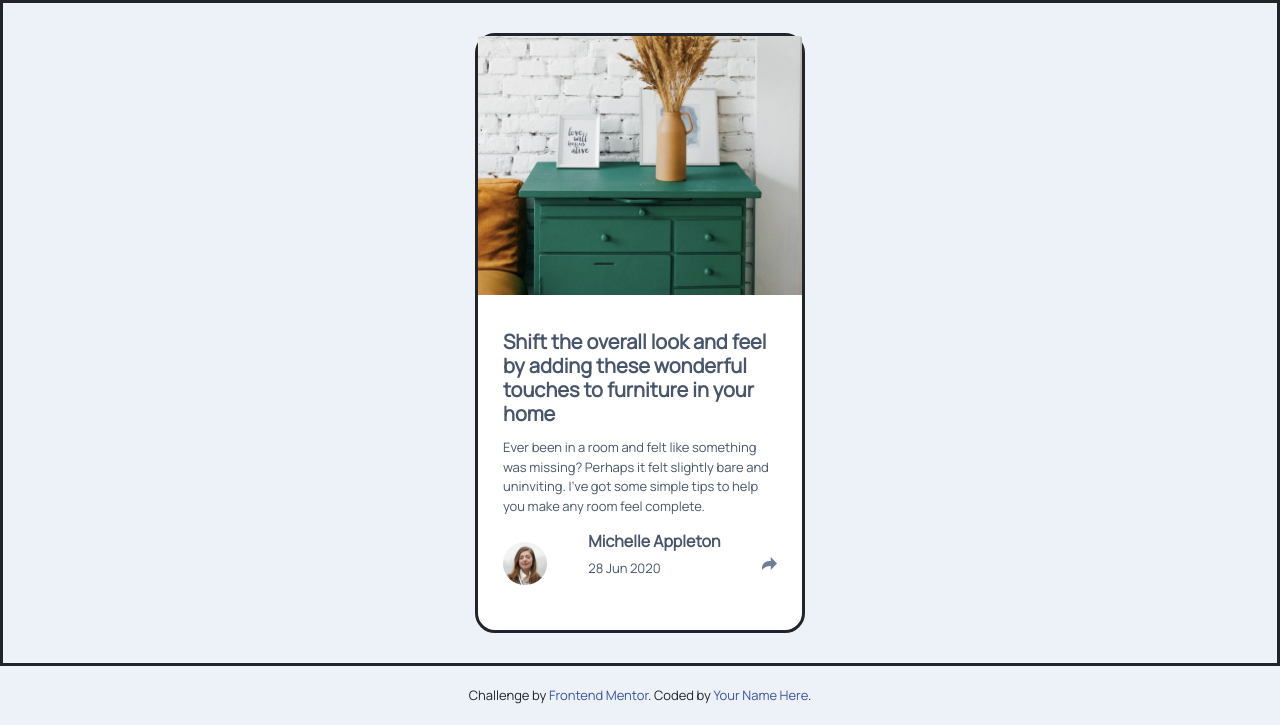
Repository: timiodulate/Article-Preview-Component
Page: index.html
An editor plug-in stored every save of this project. The page is shown before and after a run of saves, followed by the edit.
The browser window is 1280 px wide. The pictures show the whole page.

Above is the page before, as saved 2020-07-11 12:26:38.

### index.html
<!DOCTYPE html>
<html lang="en">
<head>
  <meta charset="UTF-8">
  <meta name="viewport" content="width=device-width, initial-scale=1.0"> <!-- displays site properly based on user's device -->

  <link rel="icon" type="image/png" sizes="32x32" href="./images/favicon-32x32.png">

  <!-- Bootstrap -->
  <link rel="stylesheet" href="./css/bootstrap.min.css">

  <!-- Custom Style -->
  <link rel="stylesheet" href="./css/style.css">

  <title>Frontend Mentor | Article preview component</title>
</head>
<body>

  <div class="container-fluid d-flex flex-column justify-content-center align-items-center main" style="border: solid;">

    <div class="card">

      <img src="./images/drawers.jpg" alt="" class="card-img-top img-fluid" >

      <div class="card-body">
        <h5 class="card-title">
          Shift the overall look and feel by adding these wonderful
          touches to furniture in your home
        </h5>
        <p class="card-text">
          Ever been in a room and felt like something was missing? Perhaps
          it felt slightly bare and uninviting. I’ve got some simple tips
          to help you make any room feel complete.
        </p>

        <div class="userDetails d-flex justify-content-between align-items-center">
          <img src="./images/avatar-michelle.jpg" alt="" class="rounded-circle img-fluid avatarImage">

          <div class="nameDate" style="" >
            <h6>
              Michelle Appleton
            </h6>
            <p>
              28 Jun 2020
            </p>
          </div>

          <img src="./images/icon-share.svg" alt="">
        </div>
      </div>
    </div>
  </div>
  <div class="attribution">
    Challenge by <a href="https://www.frontendmentor.io?ref=challenge" target="_blank">Frontend Mentor</a>.
    Coded by <a href="#">Your Name Here</a>.
  </div>
</body>

  <script src="https://code.jquery.com/jquery-3.5.1.slim.min.js" integrity="sha384-DfXdz2htPH0lsSSs5nCTpuj/zy4C+OGpamoFVy38MVBnE+IbbVYUew+OrCXaRkfj" crossorigin="anonymous"></script>
  <script src="./js/bootstrap.min.js"></script>
</body>
</html>

### css/style.css
@import url('http://fonts.googleapis.com/css?family=Manrope');

/* Global Resets */
* {
    padding: 0;
    margin: 0;
    box-sizing: border-box;
}

html {
    /* font-family */
    --body: Manrope;

    /* font-weight */
    --normal: 500;
    --bold: 700;

    /* color */
    --background: hsl(210, 46%, 95%);
    --header: hsl(217, 19%, 35%);

    --text: hsl(212, 23%, 69%);
    --last-section: hsl(214, 17%, 51%);
}

body {
    width: 100vw;
    height: 100vh;

    display: flex;
    flex-direction: column;
    justify-content: space-between;

    font-family: var(--body);
    font-size: 13px;
    /* background-image: url(../images/bg-intro-desktop.png); */
    background-color: var(--background);
    /* background-blend-mode: screen; */
}

h5, h6 {
    color: var(--header);
    font-weight: var(--bold);
}
p {
    color: var(--header);
}


.main {
    height: 100%;
    padding: 30px;
}
.card {
    border-radius: 20px;
    width: 330px;
    border: solid;
}
.card-body {
    padding: 35px 25px ;
}
.avatarImage {
    width: 16%;
}


/* footer */
footer .footer-container {
    display: grid;
    grid-template-columns: repeat(4, 1fr);
    margin-bottom: 30px;
}
.attribution {
    font-size: 13px;
    text-align: center;
    /* color: var(--text); */
    padding: 20px;
}
.attribution a {
    color: hsl(228, 45%, 44%);
    text-decoration: none;
}



/* Media Queries - Responsiveness */
/* LG - Large Screen */
/* @media only screen and (max-width: 992px) {

} */

/* MD - Medium Screen */
/* @media only screen and (max-width: 765px) {
    body {
        justify-content: initial;
	height: fit-content;
    }

    footer .footer-container {
        grid-template-columns: 1fr;
        margin-bottom: 20px;
        row-gap: 15px;
    }

    .attribution {
        font-size: .6rem;
        padding: 20px 10px;
        color: white;
    }
} */

/* SM - Small Screen */
/* @media only screen and (max-width: 576px){

} */


/* @timiodulate css template */

Loaded but not shown: css/bootstrap.min.css (library); js/bootstrap.min.js (library)

After the next 2 saves:
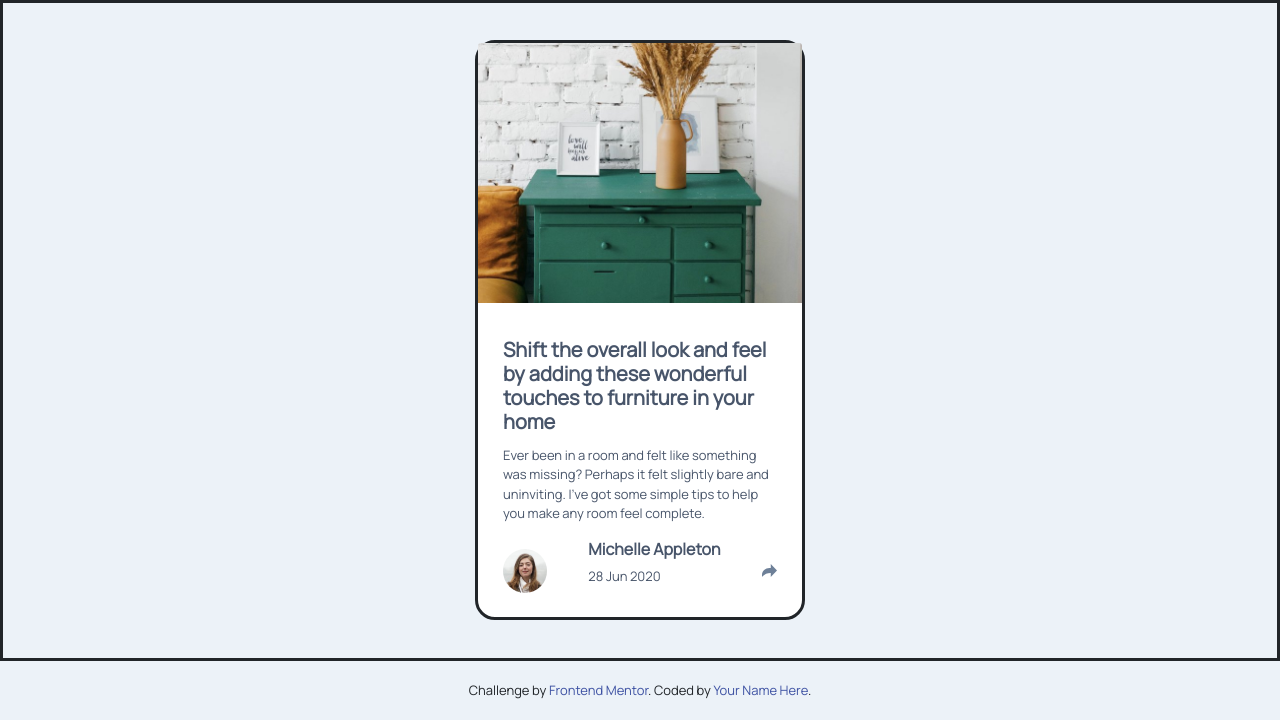
The 2 saves are shown as one change because they came seconds apart.
The last was saved 7 s later.
--- a/css/style.css
+++ b/css/style.css
@@ -57,7 +57,7 @@
     border: solid;
 }
 .card-body {
-    padding: 35px 25px ;
+    padding: 35px 25px 15px;
 }
 .avatarImage {
     width: 16%;
